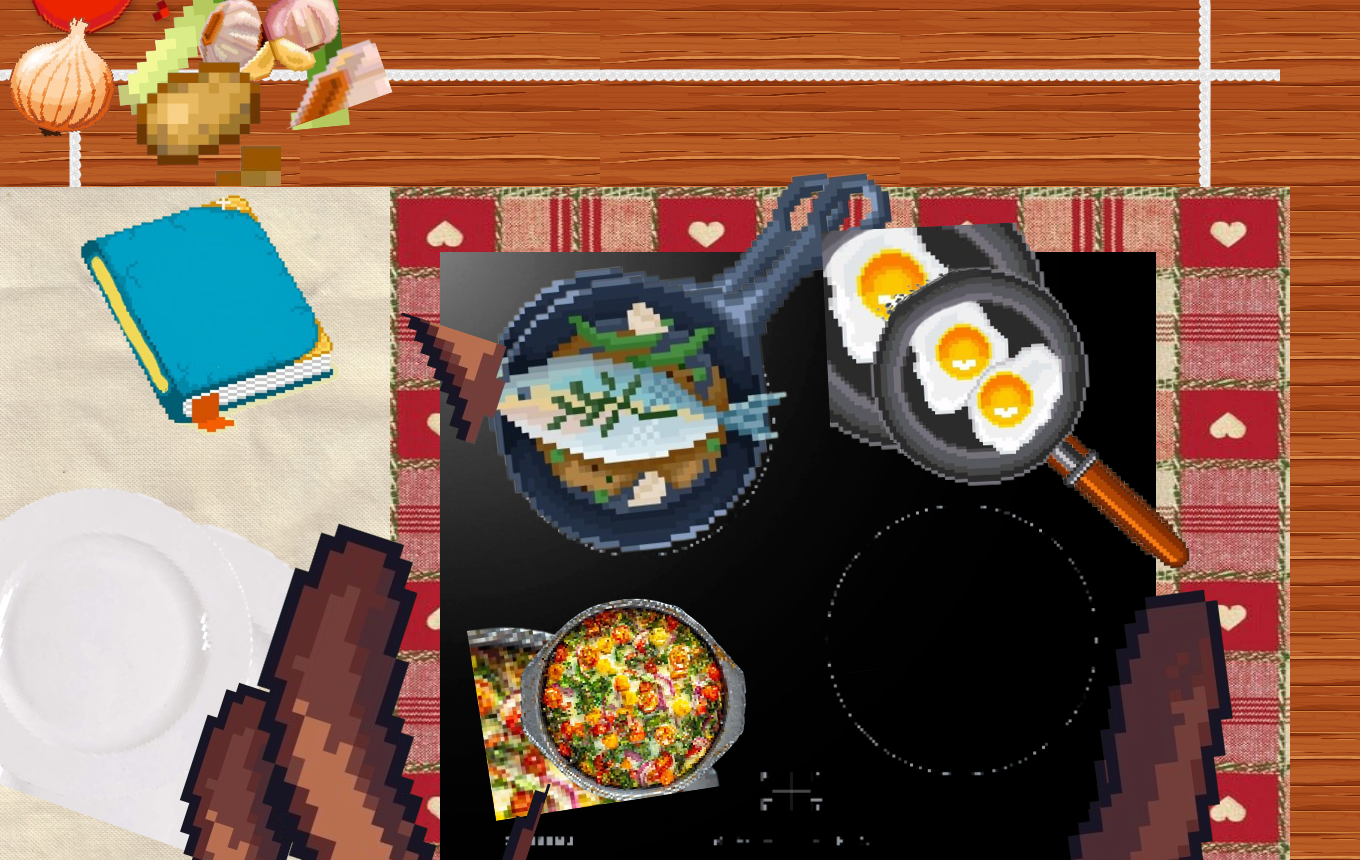
Repository: AJamdonuts/ToddyTalks
Page: playingaround2/pages/chefsujin.html
An editor plug-in stored every save of this project. The page is shown before and after the next save, followed by the edit.
The browser window is 1280 px wide. The page is 1360 px wide, so the pictures cover 1360 px, including what lies to the right of the window. The pictures show the whole page.

Above is the page before, as saved 2025-11-27 00:54:04.

After the next save:
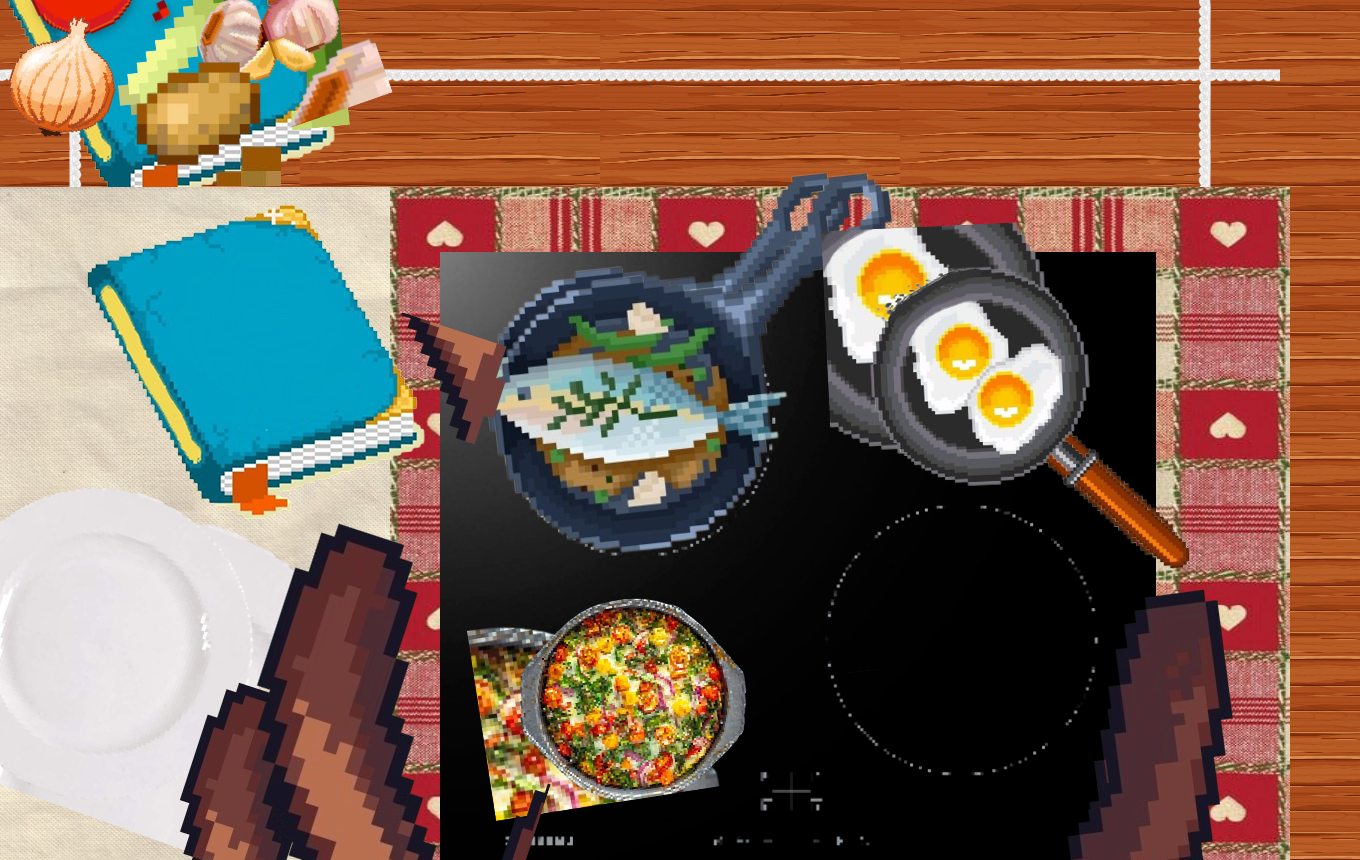
Saved 5 min 8 s later.
--- a/playingaround2/pages/chefsujin.html
+++ b/playingaround2/pages/chefsujin.html
@@ -24,6 +24,9 @@
                             <img src="/playingaround2/images/check table cloth.jpg" class="checktablecloth">
                             <img src="/playingaround2/images/pxArt-2.png" class="hob">
                             <img src="/playingaround2/images/pixil-frame-0-removebg-preview 1.png" class="recipebook">
+                            <a href="recipe_book.html" class="recipebook-link">
+                                <img src="/playingaround2/images/pixil-frame-0-removebg-preview 1.png" class="recipebook">
+                            </a>
                             <img src="/playingaround2/images/fishpan.png" class="fishpan">
                             <img src="/playingaround2/images/leek-removebg-preview.png" class="leek">
                             <img src="/playingaround2/images/garlic-removebg-preview.png" class="garlic">
--- a/playingaround2/styles/chefsujin.css
+++ b/playingaround2/styles/chefsujin.css
@@ -138,12 +138,16 @@
     transform: rotate(17.63deg);
     }
 
-.recipebook {
+
+
+.recipebook-link {
     position: absolute;
     width: 300px;
     height: 300px;
     left: 90px;
     top: 302px;
+    /* Optional: Add a pointer cursor to indicate clickability */
+    cursor: pointer;
 }
 
 .plate {

After the save that followed:
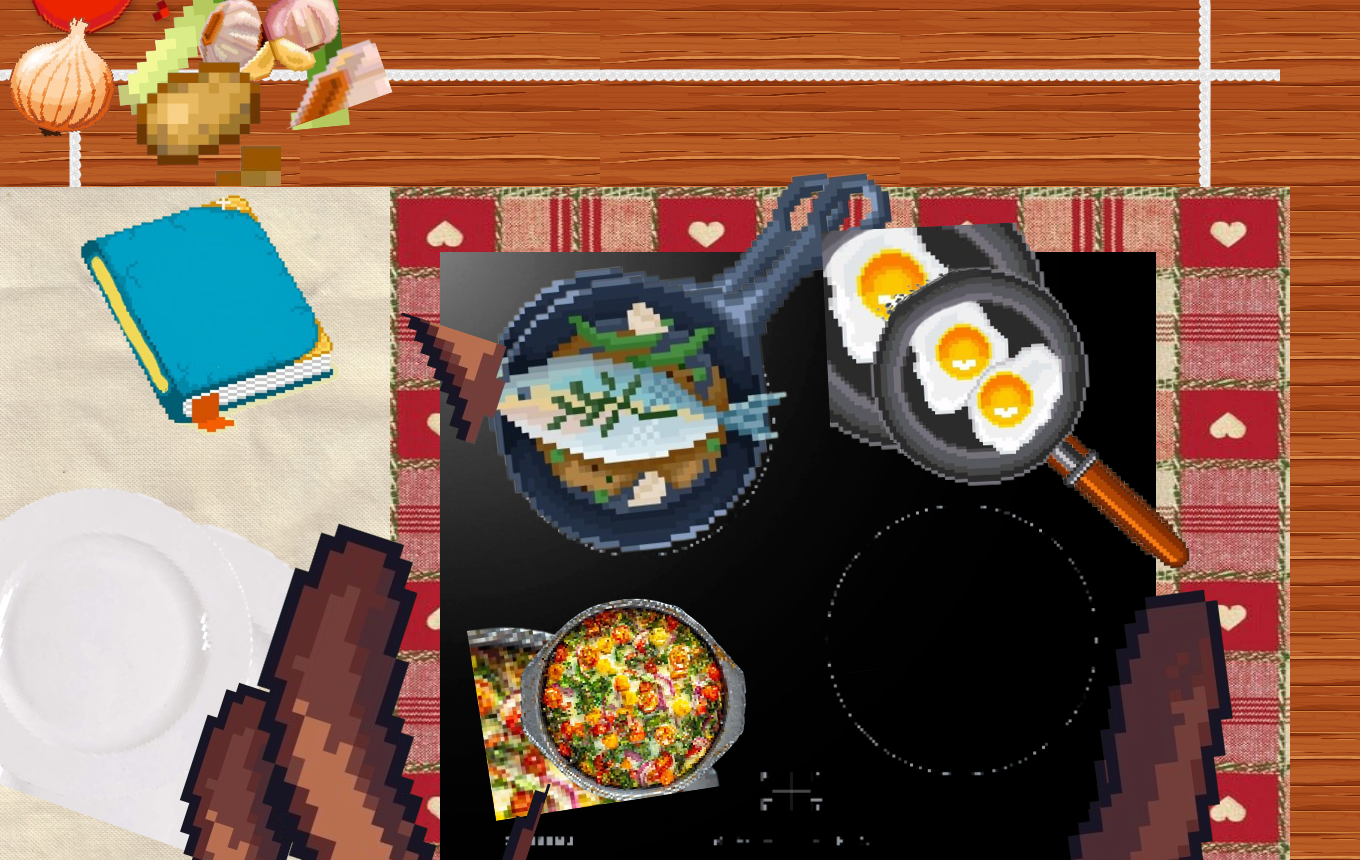
Saved 7 min 7 s later.
--- a/playingaround2/pages/chefsujin.html
+++ b/playingaround2/pages/chefsujin.html
@@ -23,7 +23,6 @@
                             <img src="/playingaround2/images/b41e50d46e26e9463ce130b2da7a46aa.jpg" class="creamtexture">
                             <img src="/playingaround2/images/check table cloth.jpg" class="checktablecloth">
                             <img src="/playingaround2/images/pxArt-2.png" class="hob">
-                            <img src="/playingaround2/images/pixil-frame-0-removebg-preview 1.png" class="recipebook">
                             <a href="recipe_book.html" class="recipebook-link">
                                 <img src="/playingaround2/images/pixil-frame-0-removebg-preview 1.png" class="recipebook">
                             </a>
--- a/playingaround2/styles/chefsujin.css
+++ b/playingaround2/styles/chefsujin.css
@@ -141,13 +141,60 @@
 
 
 .recipebook-link {
-    position: absolute;
+    position: absolute; /* Keep existing positioning */
     width: 300px;
     height: 300px;
     left: 90px;
     top: 302px;
-    /* Optional: Add a pointer cursor to indicate clickability */
     cursor: pointer;
+    overflow: visible; /* Ensure glow/text isn't clipped by its own boundaries */
+    z-index: 100; /* Ensure the button and its effects are above other canvas items */
+    transition: box-shadow 0.3s ease-out;
+}
+
+/* Optional: Slightly scale the image on hover for a subtle effect */
+.recipebook-link:hover .recipebook {
+    transform: scale(1.03);
+    transition: transform 0.3s ease-out;
+}
+
+.recipebook-link:hover {
+    box-shadow:
+        0 0 15px 10px rgba(255, 255, 0, 0.7), /* Yellowish glow */
+        0 0 30px 10px rgba(255, 255, 0, 0.4);
+}
+
+.recipebook-link::after {
+    content: "Open Recipe Book"; /* The text that appears on hover */
+    position: absolute;
+    bottom: 100%; /* Places it just above the link */
+    left: 50%;
+    transform: translateX(-50%) translateY(-10px); /* Center it and add slight offset */
+    background-color: rgba(0, 0, 0, 0.7); /* Dark background for readability */
+    color: white;
+    padding: 5px 10px;
+    border-radius: 5px;
+    white-space: nowrap; /* Keep text on one line */
+
+    opacity: 0; /* Hidden by default */
+    visibility: hidden; /* Hidden by default */
+    transition: opacity 0.3s ease-out, transform 0.3s ease-out, visibility 0.3s;
+
+    /* Ensure text is above everything else */
+    z-index: 200;
+}
+
+.recipebook-link:hover::after {
+    opacity: 1; /* Make visible on hover */
+    visibility: visible; /* Make visible on hover */
+    transform: translateX(-50%) translateY(0); /* Move into final position */
+}
+
+
+.recipebook {
+    width: 100%;
+    height: 100%;
+    border: none; /* Recommended to remove any default border */
 }
 
 .plate {
